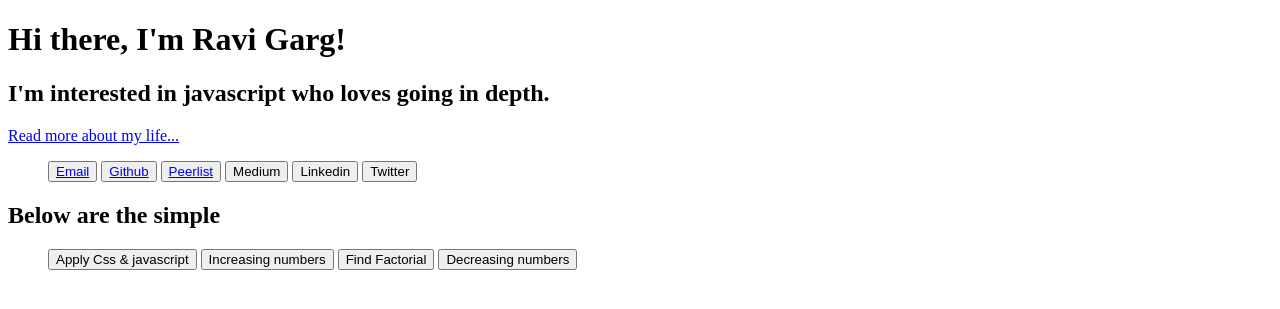
Repository: ravigarg001/musafir
Page: index.html
These files come from the project's save history. The page is drawn as it stood at one moment and after the next save; the edit follows.
The browser window is 1280 px wide. The pictures show the whole page.

Above is the page before, as saved 2022-05-02 09:18:27.

### index.html
<!DOCTYPE html>
<html>
<head>
<title>Ravi Garg</title>
<!-- <link href="index.css" rel="stylesheet" type="text/css"></link> -->
<script src="index.js"></script>
</head>

<body>
<div class="about" >
    <h1>Hi there, I'm Ravi Garg!</h1>
    <h2>I'm interested in javascript who loves going in depth.</h2>
    <p> <a id="more" href="/about">Read more about my life...</a></p>
</div>

<footer>
<ul>
  <button><a href="mailto:ravigarg.connect@gmail.com">Email</a></button>
  <button><a href="https://github.com/ravigarg001" target="_blank">Github</a></button>
  <button><a href="https://peerlist.io/ravigarg" target="_blank">Peerlist</a></button>
  <button><a>Medium</a></button>
  <button><a>Linkedin</a></button>
  <button><a>Twitter</a></button><br>
</ul>
</footer>
<h2>Below are the simple </h2>
<ul>
  <button class="cssAdder" onclick="addCssAndJs()">Apply Css & javascript</button>
  <button onclick="inputNumber1()">Increasing numbers </button>
  <button onclick="inputNumber()">Find Factorial</button>
  <button onclick="inputNumber2()">Decreasing numbers</button>
</ul>
</footer>

</body>
<!-- <script src="Recursion/recursiveFactorial.js"></script> -->
<!-- <script src="Recursion/increasing_order.js"></script> -->

</html>

### index.js
function addCssAndJs(){
    let link = document.createElement('link');
    link.rel = 'stylesheet';
    link.type = 'text/css';
    link.href = 'index.css';
    document.head.appendChild(link);

    function addNewJsFile(fileLocation){
        let script = document.createElement('script');
        document.head.appendChild(script);
        script.src = fileLocation;
    }

    addNewJsFile('Recursion/decreasing_order.js');
    addNewJsFile('Recursion/increasing_order.js');
    addNewJsFile('Recursion/recursiveFactorial.js');

}
/*1. call addNewJsFile(put location of the js file here) */

After the next save:
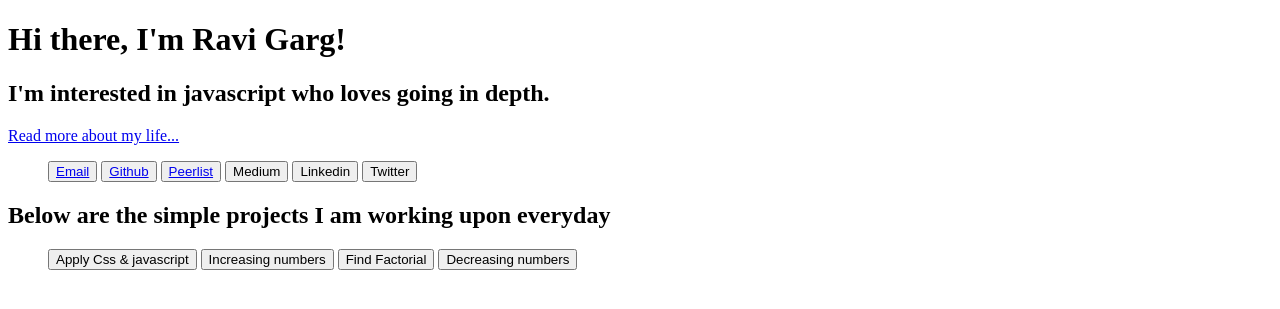
Saved 12 s later.
--- a/index.html
+++ b/index.html
@@ -23,7 +23,7 @@
   <button><a>Twitter</a></button><br>
 </ul>
 </footer>
-<h2>Below are the simple </h2>
+<h2>Below are the simple projects I am working upon everyday</h2>
 <ul>
   <button class="cssAdder" onclick="addCssAndJs()">Apply Css & javascript</button>
   <button onclick="inputNumber1()">Increasing numbers </button>
